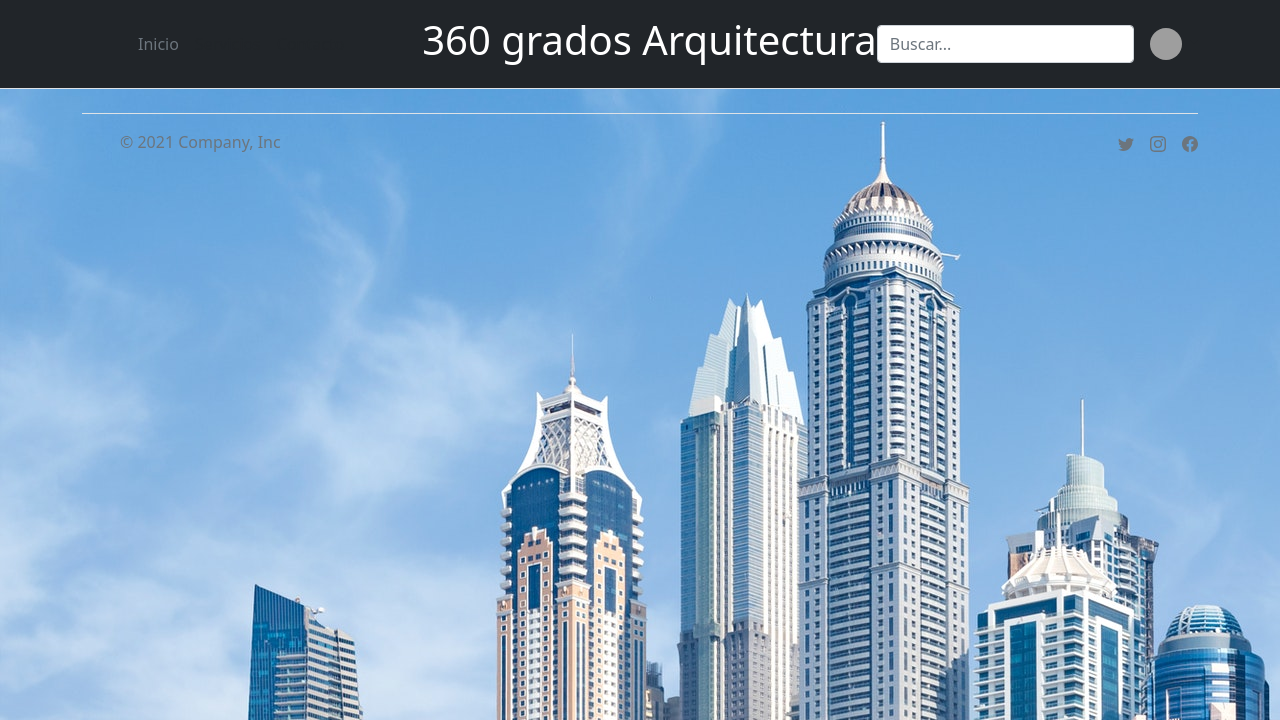
Repository: RaquelAlvarezz/Recuperaci-n-Bootstrap
Page: http://localhost/servicios.php
The author's editor kept a copy of each file at every save. The page is drawn from the files as they stood at one save, then again after the next save.
The browser window is 1280 px wide. The pictures show the whole page.
Pictures or frames that could not be fetched are drawn as grey boxes. The page is run by PHP 8.4 with error messages shown; the project is at /var/www/html/.

Above is the page before, as saved 2022-02-17 12:14:31.

### servicios.php
<!DOCTYPE html>
<html lang="es">
<head>
    <meta charset="UTF-8">
    <meta name="viewport" content="width=device-width, initial-scale=1.0">
    <link href="https://cdn.jsdelivr.net/npm/bootstrap@5.1.3/dist/css/bootstrap.min.css" rel="stylesheet" integrity="sha384-1BmE4kWBq78iYhFldvKuhfTAU6auU8tT94WrHftjDbrCEXSU1oBoqyl2QvZ6jIW3" crossorigin="anonymous">
    <link rel="stylesheet" href="./css/styles.css">
    <link rel="icon" type="image/jpg" href="./img/bosquejo.png"/>
    <title>360 grados Arquitectura</title>

</head>
<body>

<?php include "header.php"; ?>

<main>


    </main>
    <?php include "footer.php"; ?>


</body>
</html>

### header.php

<header class="p-3 bg-dark border-bottom text-white">
        <div class="container">
          <div class="d-flex flex-wrap align-items-center justify-content-center justify-content-lg-start">
            <a href="/" class="d-flex align-items-center mb-2 mb-lg-0 text-white text-decoration-none">
              <svg class="bi me-2" width="40" height="32" role="img" aria-label="Bootstrap"><use xlink:href="#bootstrap"/></svg>
            </a>

            <ul class="nav col-12 col-lg-auto me-lg-auto mb-2 justify-content-center mb-md-0">
              <li><a href="./index.php" class="nav-link px-2 link-secondary">Inicio</a></li>
              <li><a href="./servicios.php" class="nav-link px-2 link-dark">Servicios</a></li>
              <li><a href="./contacto.php" class="nav-link px-2 link-dark">Contacto</a></li>

            </ul>
    <div><h1>360 grados Arquitectura </h1></div>
            <form class="col-12 col-lg-auto mb-3 mb-lg-0 me-lg-3">
              <input type="search" class="form-control" placeholder="Buscar..." aria-label="Search">
            </form>

            <div class="dropdown text-end">
              <a href="#" class="d-block link-dark text-decoration-none dropdown-toggle" id="dropdownUser1" data-bs-toggle="dropdown" aria-expanded="false">
                <img src="img/perfil.png" alt="mdo" width="32" height="32" class="rounded-circle">
              </a>
              <ul class="dropdown-menu text-small" aria-labelledby="dropdownUser1">
                <li><a class="dropdown-item" href="#">New project...</a></li>
                <li><a class="dropdown-item" href="#">Settings</a></li>
                <li><a class="dropdown-item" href="#">Profile</a></li>
                <li><hr class="dropdown-divider"></li>
                <li><a class="dropdown-item" href="#">Sign out</a></li>
              </ul>
            </div>
          </div>
        </div>
      </header>

### footer.php
<div class="container">
        <footer class="d-flex flex-wrap justify-content-between align-items-center py-3 my-4 border-top">
          <div class="col-md-4 d-flex align-items-center">
            <a href="/" class="mb-3 me-2 mb-md-0 text-muted text-decoration-none lh-1">
              <svg class="bi" width="30" height="24"><use xlink:href="#bootstrap"/></svg>
            </a>
            <span class="text-muted">&copy; 2021 Company, Inc</span>
          </div>

          <ul class="nav col-md-4 justify-content-end list-unstyled d-flex">
            <li class="ms-3"><a class="text-muted" href="#"><svg xmlns="http://www.w3.org/2000/svg" width="16" height="16" fill="currentColor" class="bi bi-twitter" viewBox="0 0 16 16">
                <path d="M5.026 15c6.038 0 9.341-5.003 9.341-9.334 0-.14 0-.282-.006-.422A6.685 6.685 0 0 0 16 3.542a6.658 6.658 0 0 1-1.889.518 3.301 3.301 0 0 0 1.447-1.817 6.533 6.533 0 0 1-2.087.793A3.286 3.286 0 0 0 7.875 6.03a9.325 9.325 0 0 1-6.767-3.429 3.289 3.289 0 0 0 1.018 4.382A3.323 3.323 0 0 1 .64 6.575v.045a3.288 3.288 0 0 0 2.632 3.218 3.203 3.203 0 0 1-.865.115 3.23 3.23 0 0 1-.614-.057 3.283 3.283 0 0 0 3.067 2.277A6.588 6.588 0 0 1 .78 13.58a6.32 6.32 0 0 1-.78-.045A9.344 9.344 0 0 0 5.026 15z"/>
              </svg></a></li>
            <li class="ms-3"><a class="text-muted" href="#"><svg xmlns="http://www.w3.org/2000/svg" width="16" height="16" fill="currentColor" class="bi bi-instagram" viewBox="0 0 16 16">
                <path d="M8 0C5.829 0 5.556.01 4.703.048 3.85.088 3.269.222 2.76.42a3.917 3.917 0 0 0-1.417.923A3.927 3.927 0 0 0 .42 2.76C.222 3.268.087 3.85.048 4.7.01 5.555 0 5.827 0 8.001c0 2.172.01 2.444.048 3.297.04.852.174 1.433.372 1.942.205.526.478.972.923 1.417.444.445.89.719 1.416.923.51.198 1.09.333 1.942.372C5.555 15.99 5.827 16 8 16s2.444-.01 3.298-.048c.851-.04 1.434-.174 1.943-.372a3.916 3.916 0 0 0 1.416-.923c.445-.445.718-.891.923-1.417.197-.509.332-1.09.372-1.942C15.99 10.445 16 10.173 16 8s-.01-2.445-.048-3.299c-.04-.851-.175-1.433-.372-1.941a3.926 3.926 0 0 0-.923-1.417A3.911 3.911 0 0 0 13.24.42c-.51-.198-1.092-.333-1.943-.372C10.443.01 10.172 0 7.998 0h.003zm-.717 1.442h.718c2.136 0 2.389.007 3.232.046.78.035 1.204.166 1.486.275.373.145.64.319.92.599.28.28.453.546.598.92.11.281.24.705.275 1.485.039.843.047 1.096.047 3.231s-.008 2.389-.047 3.232c-.035.78-.166 1.203-.275 1.485a2.47 2.47 0 0 1-.599.919c-.28.28-.546.453-.92.598-.28.11-.704.24-1.485.276-.843.038-1.096.047-3.232.047s-2.39-.009-3.233-.047c-.78-.036-1.203-.166-1.485-.276a2.478 2.478 0 0 1-.92-.598 2.48 2.48 0 0 1-.6-.92c-.109-.281-.24-.705-.275-1.485-.038-.843-.046-1.096-.046-3.233 0-2.136.008-2.388.046-3.231.036-.78.166-1.204.276-1.486.145-.373.319-.64.599-.92.28-.28.546-.453.92-.598.282-.11.705-.24 1.485-.276.738-.034 1.024-.044 2.515-.045v.002zm4.988 1.328a.96.96 0 1 0 0 1.92.96.96 0 0 0 0-1.92zm-4.27 1.122a4.109 4.109 0 1 0 0 8.217 4.109 4.109 0 0 0 0-8.217zm0 1.441a2.667 2.667 0 1 1 0 5.334 2.667 2.667 0 0 1 0-5.334z"/>
              </svg></a></li>
            <li class="ms-3"><a class="text-muted" href="#"><svg xmlns="http://www.w3.org/2000/svg" width="16" height="16" fill="currentColor" class="bi bi-facebook" viewBox="0 0 16 16">
                <path d="M16 8.049c0-4.446-3.582-8.05-8-8.05C3.58 0-.002 3.603-.002 8.05c0 4.017 2.926 7.347 6.75 7.951v-5.625h-2.03V8.05H6.75V6.275c0-2.017 1.195-3.131 3.022-3.131.876 0 1.791.157 1.791.157v1.98h-1.009c-.993 0-1.303.621-1.303 1.258v1.51h2.218l-.354 2.326H9.25V16c3.824-.604 6.75-3.934 6.75-7.951z"/>
              </svg></a></li>
          </ul>
        </footer>
      </div>

### css/styles.css
body{
    background-image:url(../img/pexels-aleksandar-pasaric-618079.jpg);
}

After the next save:
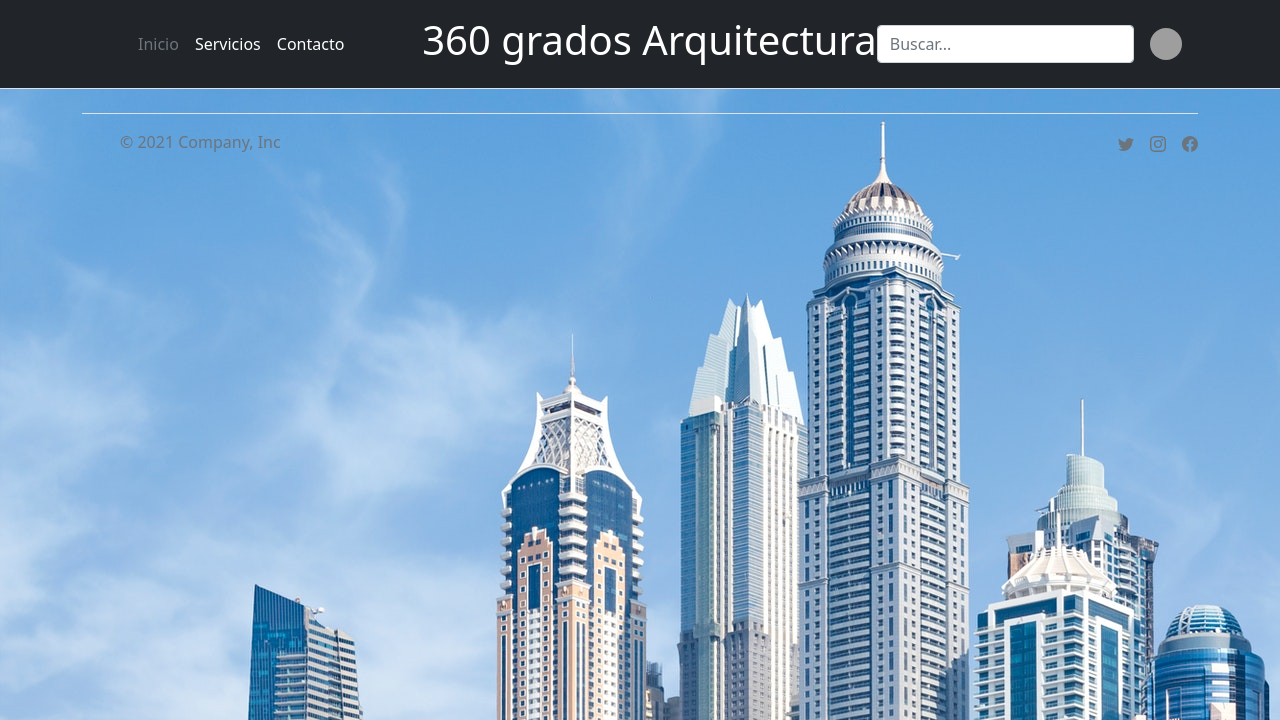
Saved 110 s later.
--- a/header.php
+++ b/header.php
@@ -7,9 +7,9 @@
             </a>
 
             <ul class="nav col-12 col-lg-auto me-lg-auto mb-2 justify-content-center mb-md-0">
-              <li><a href="./index.php" class="nav-link px-2 link-secondary">Inicio</a></li>
-              <li><a href="./servicios.php" class="nav-link px-2 link-dark">Servicios</a></li>
-              <li><a href="./contacto.php" class="nav-link px-2 link-dark">Contacto</a></li>
+              <li><a href="./index.php" class="nav-link px-2  text-secondary">Inicio</a></li>
+              <li><a href="./servicios.php" class="nav-link px-2 text-white">Servicios</a></li>
+              <li><a href="./contacto.php" class="nav-link px-2 text-white">Contacto</a></li>
 
             </ul>
     <div><h1>360 grados Arquitectura </h1></div>
